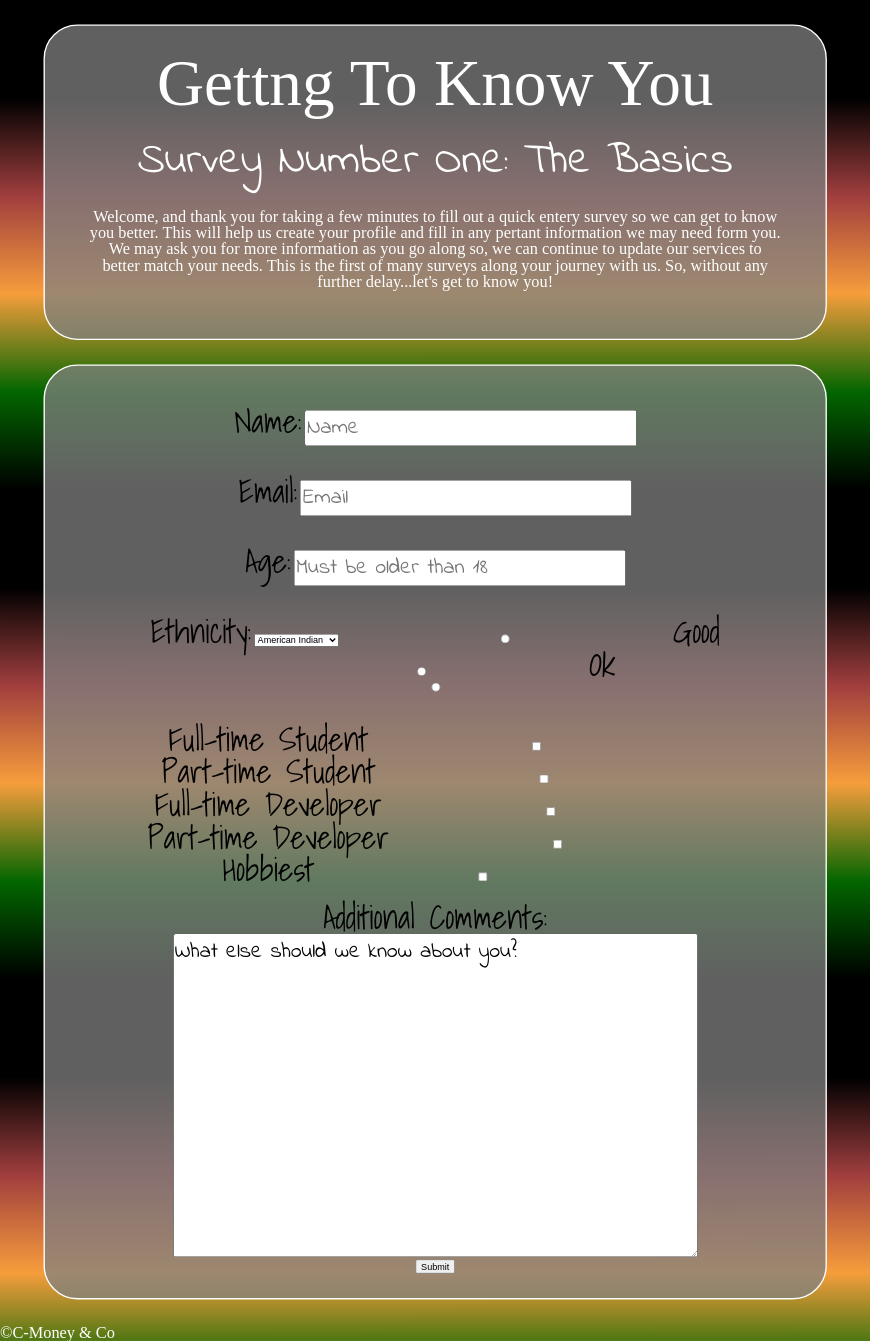
Repository: ctcoleman/surveyForm
Page: index.html
These files come from the project's save history. The page is drawn as it stood at one moment and after a run of saves; the edit follows.
The browser window is 1280 px wide. The pictures show the whole page, at 68% of full size.
Some web fonts or font styles are not loaded; a fallback is used.

Above is the page before, as saved 2020-06-29 11:23:22.

### index.html
<!DOCTYPE html>
<html lang="en">

<!-- Head -->

<head>
  <meta name="description" content="Survey Form Example Project">
  <meta name="author" content="Christopher Coleman">
  <meta name="title" content="Survey Form Project">
  <meta name="keywords" content="Survey, Forms, HTML, CSS, Example, Project" <meta name="viewport"
    content="width=device-width, initial-scale=1.0">
  <meta charset="UTF-8">
  <link rel="stylesheet" type="text/css" href="/assets/stylesheets/index.css">
  <link
    href="https://fonts.googleapis.com/css2?family=Holtwood+One+SC&family=Indie+Flower&family=Shadows+Into+Light&display=swap"
    rel="stylesheet">
  <title>.:Getting to know you:.</title>
</head>

<!-- Body -->

<body>


  <!-- Main Content-->
  <main id="main">

    <!-- Header -->
    <header id="titleHeading" class="heading">
      <h1 id="title">Gettng To Know You</h1>
      <h2>Survey Number One: The Basics</h2>
      <section class="descriptionSection">
        <p id="description">Welcome, and thank you for taking a few minutes to fill out a quick entery survey so we can
          get to know you better. This will help us create your profile and fill in any pertant information we may need
          form you. We may ask you for more information as you go along so, we can continue to update our services to
          better match your needs. This is the first of many surveys along your journey with us. So, without any further
          delay...let's get to know you!</p>
      </section>
    </header>

    <!-- Survey Form -->
    <form id="survey-form" class="formWrapper" action="#" method="post">
      <!-- Name -->
      <div class="formEntery nameEntery">
        <label id="name-label" for="name">Name:</label>
        <input type="text" id="name" name="user_name" placeholder="Name" required>
      </div>
      <!-- E-Mail -->
      <div class="formEntery emailEntery">
        <label id="email-label" for="email">Email:</label>
        <input type="email" id="email" name="user_email" placeholder="Email" required>
      </div>
      <!-- Number -->
      <div class="formEntery numberEntery">
        <label id="number-label" for="number">Age:</label>
        <input type="number" id="number" placeholder="Must be older than 18" min="18" max="150">
      </div>
      <!-- Dropdown -->
      <div id="dropDownEntery" class="formEntery">
        <label for="dropdown-label">Ethnicity:</label>
        <select type="dropdown" id="dropdown" placeholder="Select from the following" required>
          <option value="americanIndian">American Indian</option>
          <option value="asian">Asian</option>
          <option value="africanAmerican">African American</option>
          <option value="hispanic">Hispanic</option>
          <option value="pacificIslander">Pacific Islander</option>
          <option value="white">White</option>
      </div>
      <!-- Radio Buttons -->
      <div id="radioButtons" class="formEntery radioButtons">

        <label for="radioGreat">Great</label>
        <input class="radio" type="radio" id="radioGreat" name="radio" value="Great">

        <label for="radioGood">Good</label>
        <input class="radio" type="radio" id="radioGood" name="radio" value="Good">

        <label for="radioOk">Ok</label>
        <input class="radio" type="radio" id="radioOk" name="radio" value="Ok">

      </div>

      <div id="checkboxInputs" class="formEntery checkbox">
        <div id="fullTimeStudentCheck">
          <label for="fullTimeStudent">Full-time Student</label>
          <input type="checkbox" id="fullTimeStudent" name="Full-time Student" value="Full-time Student">
        </div>
        <div id="partTimeStudentCheck">
          <label for="partTimeStudent">Part-time Student</label>
          <input type="checkbox" id="partTimeStudent" name="Part-time Student" value="Part-time Student">
        </div>
        <div id="fullTimeDeveloperCheck">
          <label for="fullTimeDev">Full-time Developer</label>
          <input type="checkbox" id="fullTimeDev" name="Full-time Developer" value="Full-time Developer">
        </div>
        <div id="partTimeDeveloperCheck">
          <label for="partTimeDev">Part-time Developer</label>
          <input type="checkbox" id="partTimeDev" name="Part-time Developer" value="Part-time Developer">
        </div>
        <div id="hobbiestCheckbox">
          <label for="hobbiest">Hobbiest</label>
          <input type="checkbox" id="hobbiest" name="Hobbiest" value="hobbiest">
        </div>
      </div>
      <div id="textarea">
        <label for="additionalComments">Additional Comments:</label>
        <textarea id="additionalComments" name="additionalComments" rows="10"
          cols="50">What else should we know about you? </textarea>
      </div>

      <button type="submit" id="submit" form="survey-form" value="Submit">Submit</button>
    </form>


    <!-- Footer -->
    <footer>
      <p>&copy;C-Money & Co</p>
    </footer>
  </main>

  <script src='https://cdn.freecodecamp.org/testable-projects-fcc/v1/bundle.js'></script>
</body>

</html>

### assets/stylesheets/index.css

/*
=== CSS Reset ===
  http://meyerweb.com/eric/tools/css/reset/ ]
  v2.0 | 20110126
  License: none (public domain)
*/

html, body, div, span, applet, object, iframe,
h1, h2, h3, h4, h5, h6, p, blockquote, pre,
a, abbr, acronym, address, big, cite, code,
del, dfn, em, img, ins, kbd, q, s, samp,
small, strike, strong, sub, sup, tt, var,
b, u, i, center,
dl, dt, dd, ol, ul, li,
fieldset, form, label, legend,
table, caption, tbody, tfoot, thead, tr, th, td,
article, aside, canvas, details, embed,
figure, figcaption, footer, header, hgroup,
menu, nav, output, ruby, section, summary,
time, mark, audio, video {
	margin: 0;
	padding: 0;
	border: 0;
	font-size: 62.5%;
	font: inherit;
  vertical-align: baseline;
  box-sizing: border-box;
}
/* HTML5 display-role reset for older browsers */
article, aside, details, figcaption, figure,
footer, header, hgroup, menu, nav, section {
	display: block;
}
body {
	line-height: 1;
}
ol, ul {
	list-style: none;
}
a {
  text-decoration: none;
}
blockquote, q {
	quotes: none;
}
blockquote:before, blockquote:after,
q:before, q:after {
	content: '';
	content: none;
}
table {
	border-collapse: collapse;
	border-spacing: 0;
}
/*
=== Fonts Used ===
font-family: 'Holtwood One SC', serif;
font-family: 'Indie Flower', cursive;
font-family: 'Shadows Into Light', cursive;
/*

=== Basic Styling ===
*/
html {
  background-image: linear-gradient( #000000 20%, #a03e3e 40%, #f69d3c 60%, #036600 80%, #000000 100%);
  height: 100%;
 }

h1 {
  color: white;
  font-family: 'Holtwood One SC', serif;
  font-size: 6rem;
}

h2 {
  color: white;
  font-family: 'Indie Flower', cursive;
  font-size: 4rem;
}

p {
  color: white;
  font-size: 1.5rem;
}

/*
=== Header Styleing ===
*/

header {
  background: rgba(128, 128, 128, 0.75);
  padding: 5vh 5vw;
  margin: 5vh 5vw;
  text-align: center;
  border: 2px solid white;
  border-radius: 50px;
}
#title {
  margin-bottom: 5vh;
}
#description {
  margin: 5vh 0;
}

/*
=== Basic Form Styling ===
*/

#survey-form {
  background: rgba(128, 128, 128, 0.75);
  padding: 5vh 5vw;
  margin: 5vh 5vw;
  text-align: center;
  border: 2px solid white;
  border-radius: 50px;
  display: flex;
  flex-direction: column;
  align-items: center;
}
#survey-form label {
  font-size: 3rem;
  font-family: 'Shadows Into Light', cursive;
}
#survey-form input,
#survey-form textarea {
  font-size: 2rem;
  font-family: 'Indie Flower', cursive;
}
.formEntery {
  width: 75vw;
  margin: 3vh 0;
}
.formEntery input {
  min-width: 50%;
}
/*
=== Name Styling ===
*/


/*
=== Email Styling ===
*/

/*
=== Age Styling ===
*/

/*
=== Radio Button Styling ===
*/

/*
=== Checkbox Styling ===
*/

/*
=== Textarea Styling ===
*/

/*
=== Submit Button Styling ===
*/

After the next 2 saves:
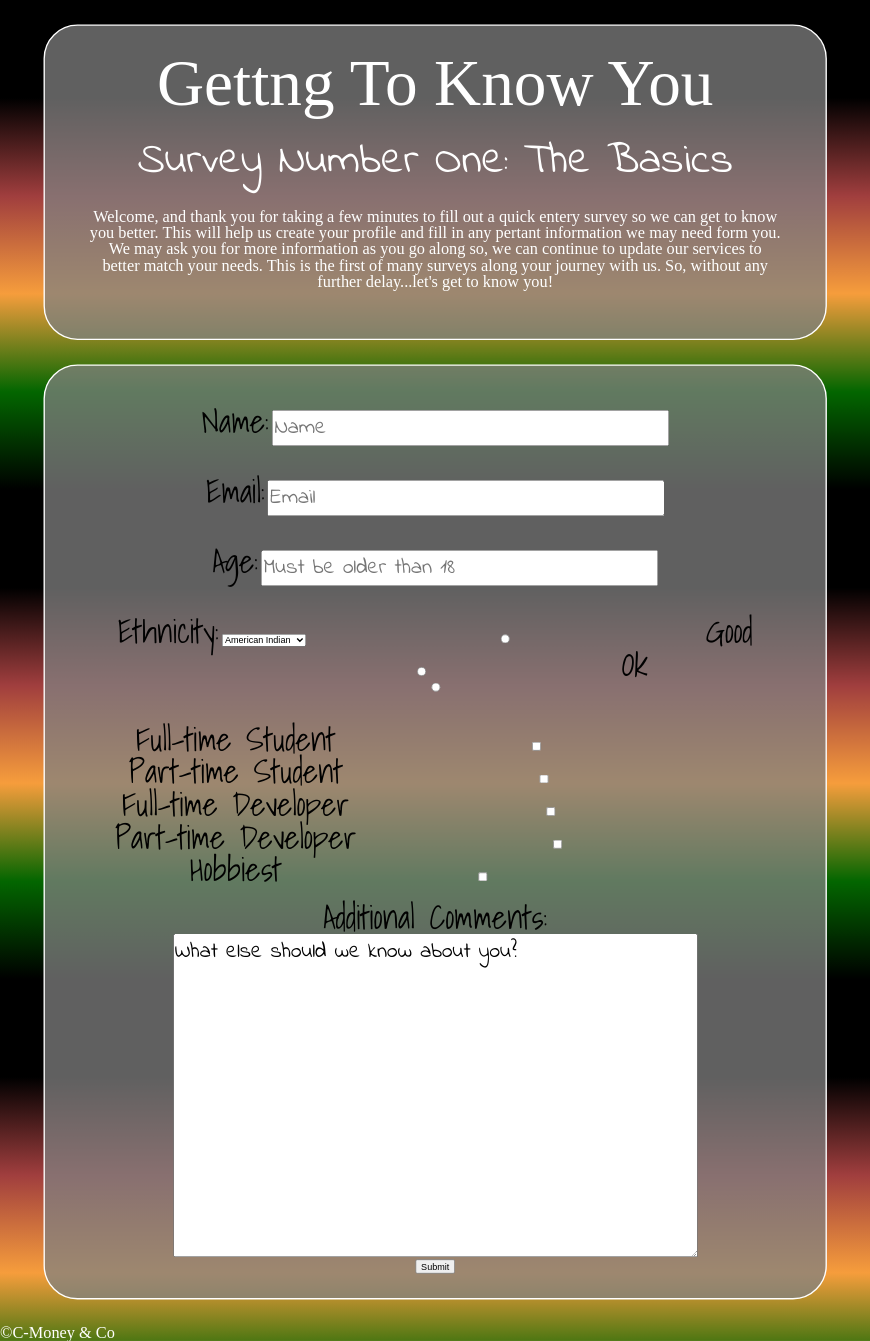
The 2 saves are shown as one change because they came seconds apart.
The last was saved 14 s later.
--- a/assets/stylesheets/index.css
+++ b/assets/stylesheets/index.css
@@ -132,7 +132,7 @@ header {
   margin: 3vh 0;
 }
 .formEntery input {
-  min-width: 50%;
+  width: 60%;
 }
 /*
 === Name Styling ===
